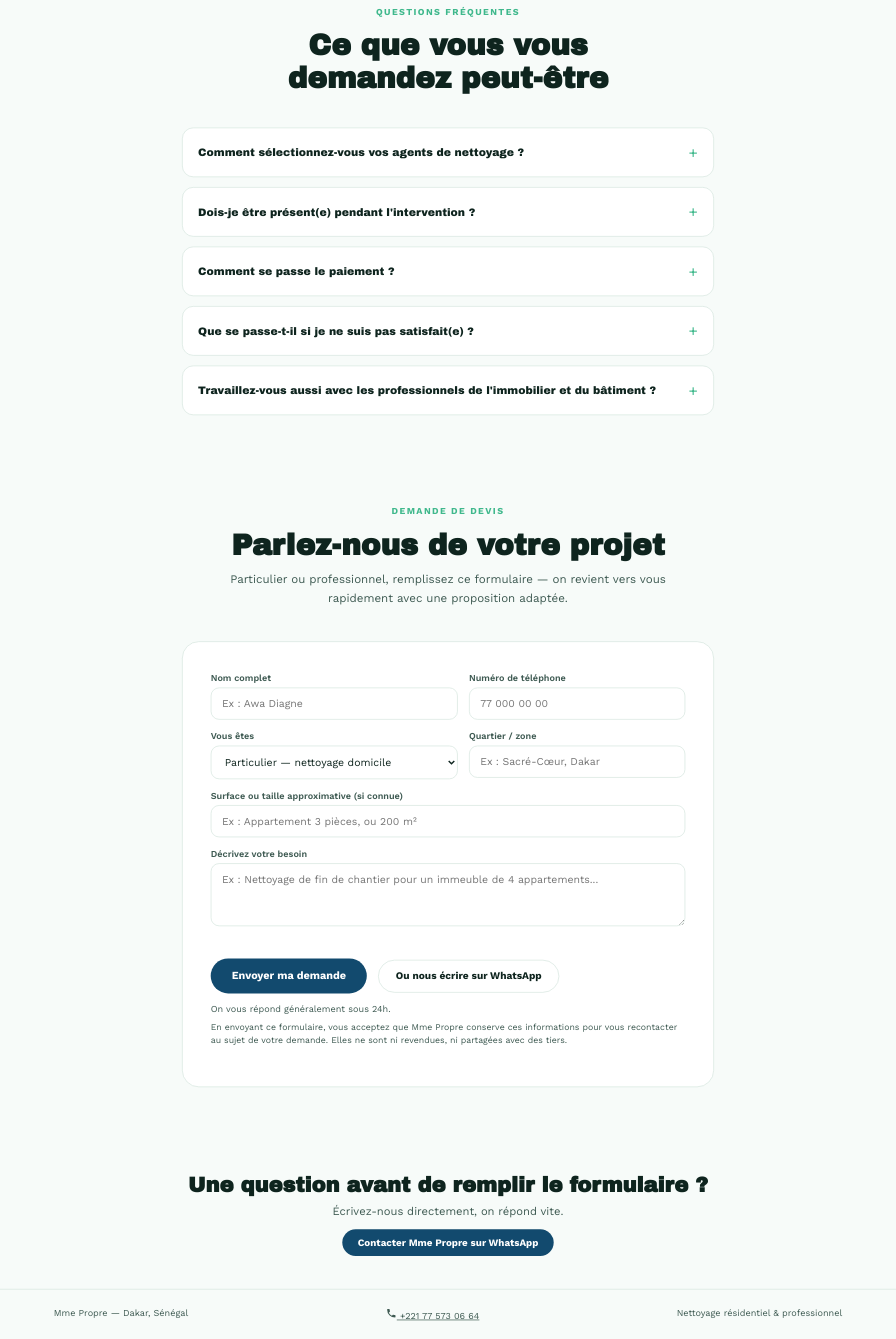
Repository: AntaaaKD/Mme-Propre
Page: index.html
These files come from the project's save history. The page is drawn as it stood at one moment and after a run of saves; the edit follows.
The browser window is 1280 px wide. The pictures show the part of the page from y = 2443 to 4363 px (the page is 4356 px tall before and 4363 px after), at 70% of full size.

Above is the page before, as saved 2026-07-29 00:58:20.

After the next 2 saves:
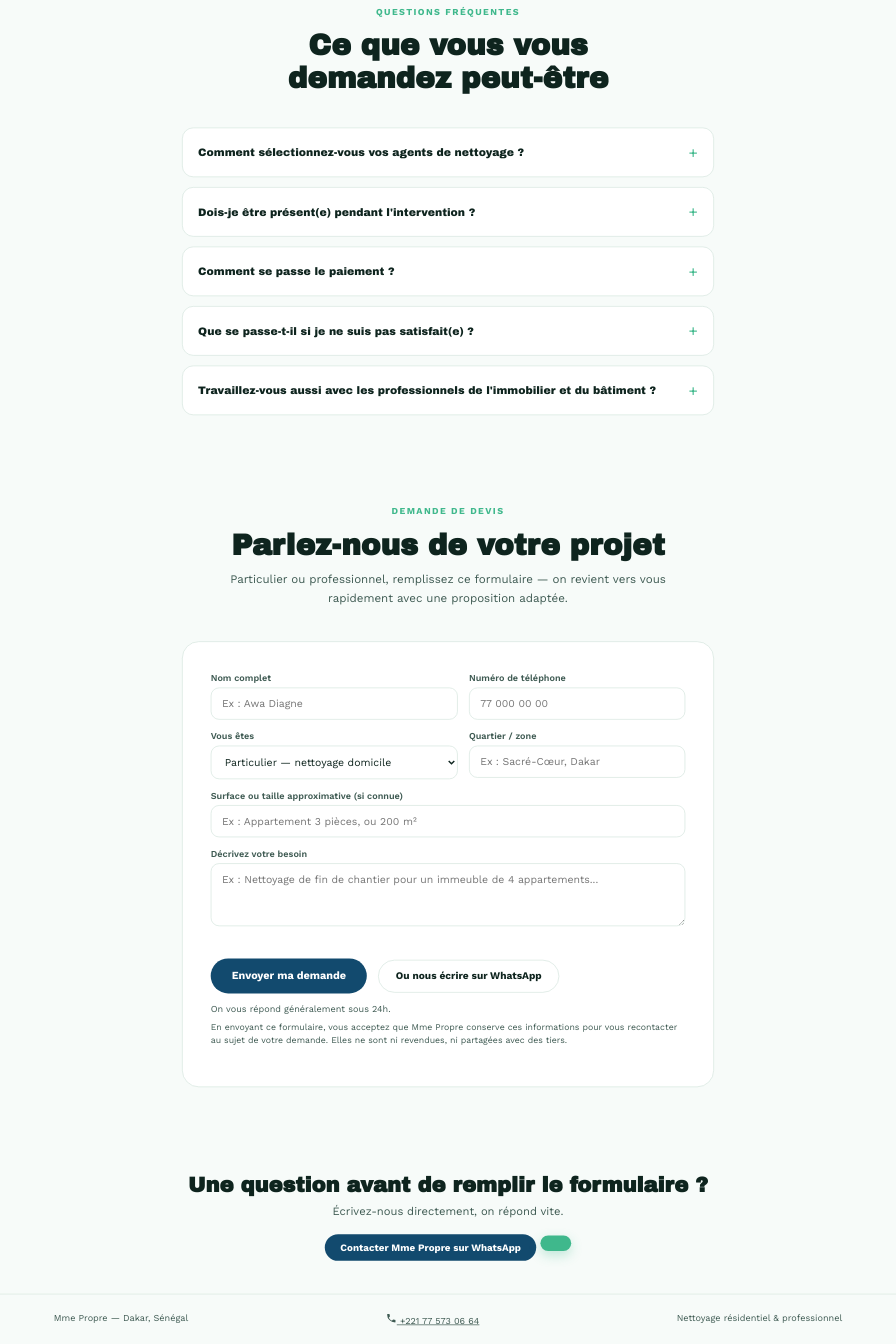
The 2 saves are shown as one change because they came seconds apart.
The last was saved 32 s later.
--- a/index.html
+++ b/index.html
@@ -405,6 +405,7 @@
   <h3>Une question avant de remplir le formulaire ?</h3>
   <p>Écrivez-nous directement, on répond vite.</p>
   <a class="header-cta header-cta-w" id="direct-wa" href="#" target="_blank" rel="noopener">Contacter Mme Propre sur WhatsApp</a>
+  <a class=" header-cta header-cta-wa" id="direct-wa" href="#" target="_blank" rel="noopener"></a>
 </section>
 
 <footer>

After the 2 saves that followed:
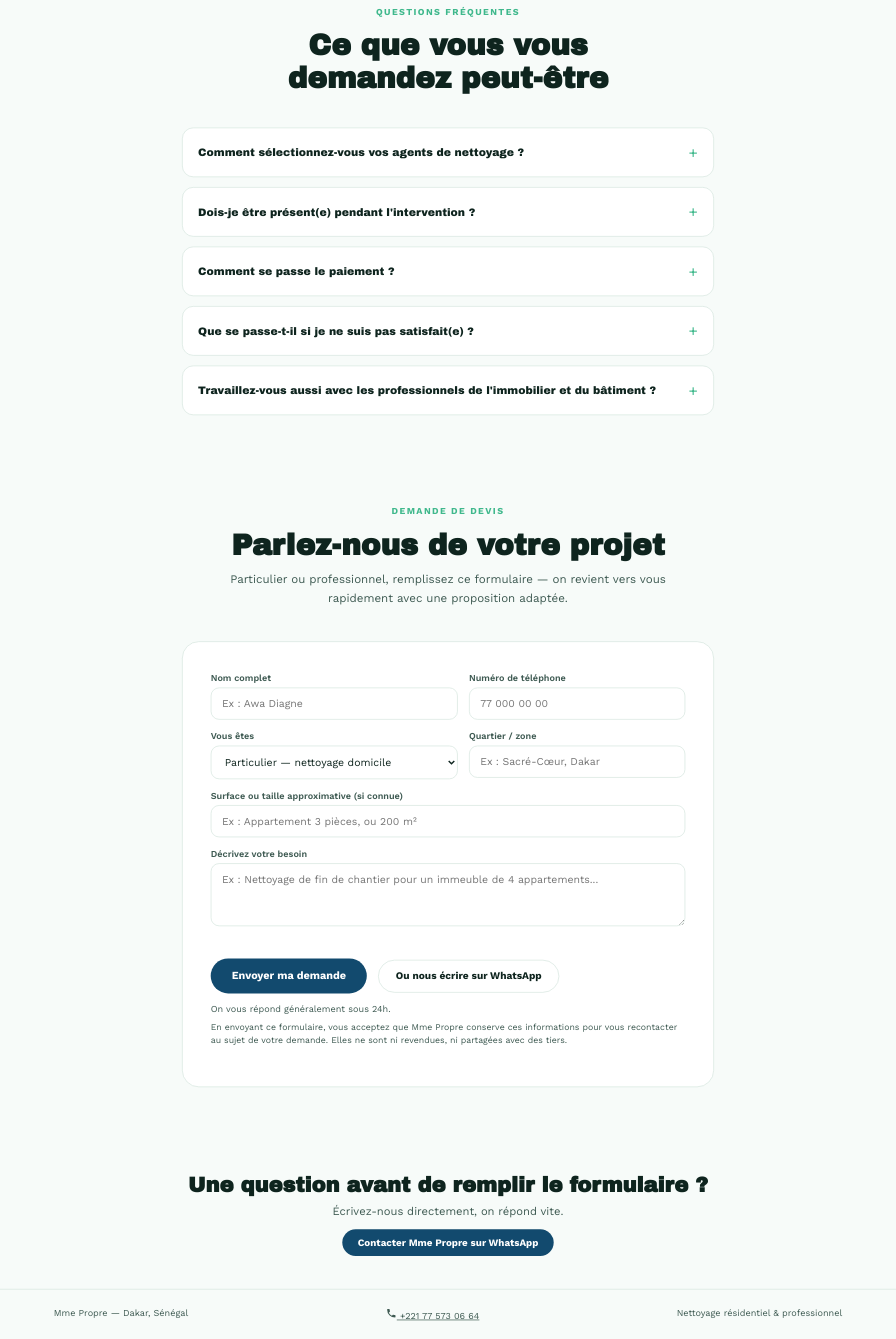
The 2 saves are shown as one change because they came seconds apart.
The last was saved 24 s later.
--- a/index.html
+++ b/index.html
@@ -405,7 +405,7 @@
   <h3>Une question avant de remplir le formulaire ?</h3>
   <p>Écrivez-nous directement, on répond vite.</p>
   <a class="header-cta header-cta-w" id="direct-wa" href="#" target="_blank" rel="noopener">Contacter Mme Propre sur WhatsApp</a>
-  <a class=" header-cta header-cta-wa" id="direct-wa" href="#" target="_blank" rel="noopener"></a>
+
 </section>
 
 <footer>
